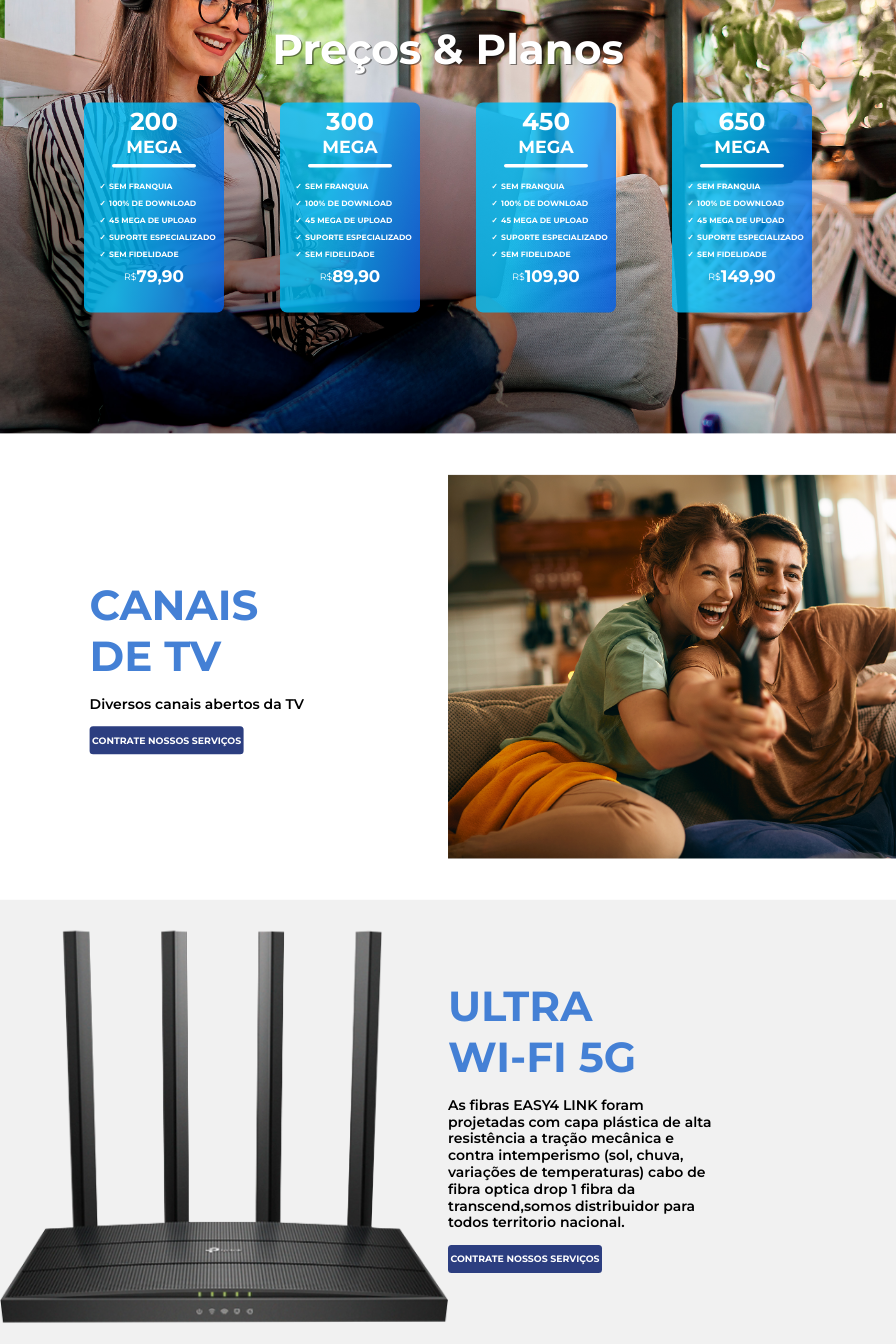
Repository: mateus-henrique-silva/WorkBandaLarga
Page: site_work/src/Pages/campos.html
The author's editor kept a copy of each file at every save. The page is drawn from the files as they stood at one save, then again after the next save.
The browser window is 1280 px wide. The pictures show the part of the page from y = 1078 to 2998 px (the page is 5184 px tall), at 70% of full size.
Backgrounds fixed to the window are drawn as part of the page. Some web fonts or font styles are not loaded; a fallback is used.

Above is the page before, as saved 2022-09-21 08:18:06.

After the next save:
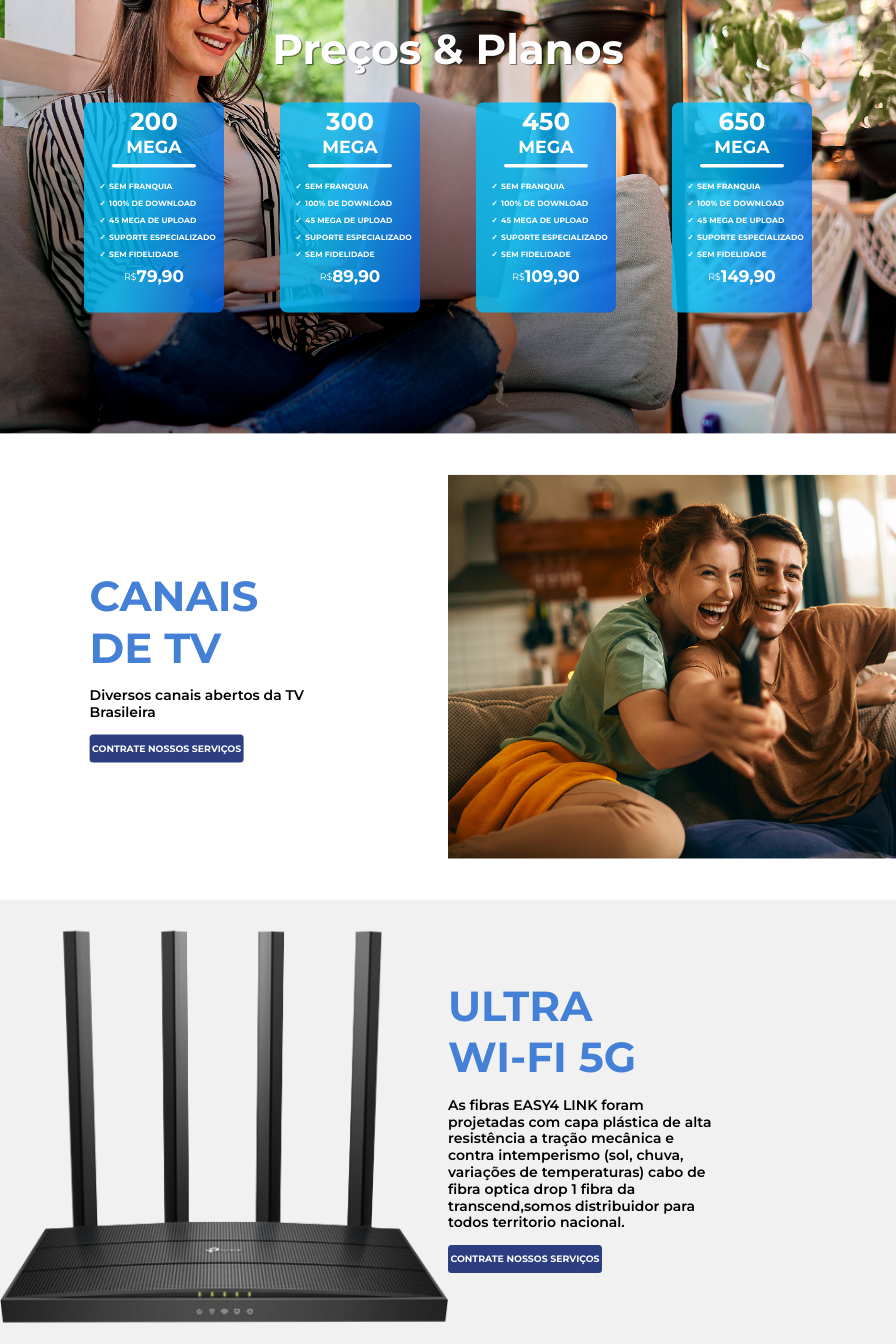
Saved 5 s later.
--- a/site_work/src/Pages/campos.html
+++ b/site_work/src/Pages/campos.html
@@ -420,7 +420,7 @@
           <div class="ajust-two" >
             <h2>CANAIS <br> DE TV</h2>
             <p >
-              Diversos canais abertos da TV
+              Diversos canais abertos da TV Brasileira
             </p>
             <button onclick="onClickLink()" class="btn-king">
               Contrate nossos serviços
